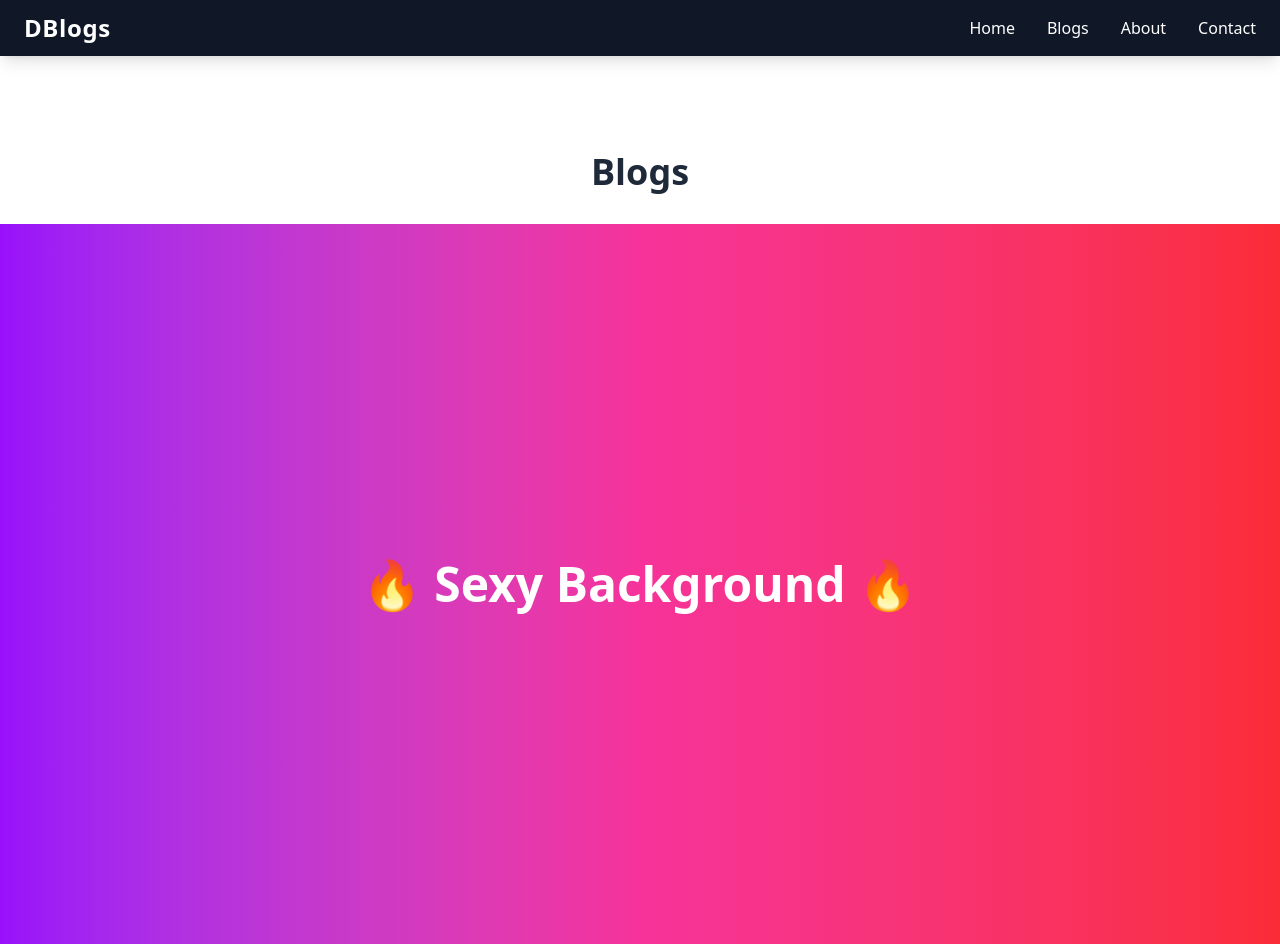
Repository: Devanshk9/DBlogs
Page: /blogs (app in client/)
These files come from the project's save history. The page is drawn as it stood at one moment and after the next save; the edit follows.
The browser window is 1280 px wide. The pictures show the whole page.
The page's requests for data from a server got no answer. The project was rebuilt for these pictures with package versions that can differ from the ones it lists, and the page was loaded fresh each time. No one was signed in, and anything a server would have sent is missing. Also part of the build but not shown: client/vite.config.js, client/src/pages/Home.jsx, client/src/pages/BlogPage.jsx, client/src/pages/WriterPage.jsx, client/src/pages/About.jsx, client/src/pages/Contact.jsx, client/src/pages/SignUp.jsx, client/src/pages/VerifyOtp.jsx and 1 more.

Above is the page before, as saved 2025-09-01 22:07:21.

### client/src/App.jsx
import React from "react";
import {
  createBrowserRouter,
  createRoutesFromElements,
  Route,
  RouterProvider,
} from "react-router-dom";
import Blogs from "./pages/Blogs";
// import Writers from "./pages/Writers";
import Home from "./pages/Home"; // ✅ your Home page
import Layout from "./layout/Layout";
import BlogPage from "./pages/BlogPage";
import WriterPage from "./pages/WriterPage";
import About from "./pages/About";
import Contact from "./pages/Contact";
import Login from "./pages/SignUp";
import VerifyOtp from "./pages/VerifyOtp";
import Signup from "./pages/Login";

const router = createBrowserRouter(
  createRoutesFromElements(
    <Route element={<Layout />}>
      <Route path="/" element={<Home />} />
      <Route path="blogs" element={<Blogs />} />
      {/* <Route path="writers" element={<Writers />} /> */}
      <Route path="contact" element={<Contact />} />
      <Route path="about" element={<About />} />
      <Route path="login" element={<Login />} />
      <Route path="signup" element={<Signup />} />
      <Route path="verify" element={<VerifyOtp />} />
      <Route path="blogs/:id" element={<BlogPage />} />
      <Route path="writers/:id" element={<WriterPage />} />
    </Route>
  )
);

const App = () => {
  return (
    <React.StrictMode>
      <RouterProvider router={router} />
    </React.StrictMode>
  );
};

export default App;

### client/src/pages/Blogs.jsx
import { useEffect, useState } from "react";
import { Link } from "react-router-dom";
import { FiExternalLink } from "react-icons/fi";
import { LiaExternalLinkAltSolid } from "react-icons/lia";

// import Navbar from "../components/Navbar";

function Blogs() {
  const [blogs, setBlogs] = useState([]);

  useEffect(() => {
    fetch("http://localhost:5001/api/blogs") // backend
      .then((res) => res.json())
      .then((data) => setBlogs(data))
      .catch((err) => console.error(err));
  }, []);

  return (
    <>
      {/* <Navbar /> */}
      <div className="flex flex-col items-center px-6">
        <h1 className="text-4xl font-bold mt-24 mb-8 text-gray-800">Blogs</h1>

        <div className="grid grid-cols-1 md:grid-cols-2 lg:grid-cols-3 gap-8 w-full max-w-6xl">
          {blogs.map((b) => (
            <div
              key={b.blog_id}
              className="bg-white rounded-2xl shadow-lg p-6 hover:shadow-2xl transition-shadow duration-300 border border-gray-200"
            >
              <div className="flex flex-row items-center justify-between w-full">
  <h2 className="text-2xl font-semibold text-gray-900 mb-3">
    {b.title}
  </h2>
  <Link
    to={`/blogs/${b.blog_id}`}
    className="hover:underline text-gray-600 hover:text-gray-900"
  >
    <FiExternalLink />
  </Link>
</div>

              <p className="text-gray-600 mb-4 leading-relaxed line-clamp-3">
                {b.content}
              </p>
              <div className="flex items-center justify-between text-sm text-gray-500">
                <Link
                    to={`/writers/${b.user_id}`}
                    className="hover:underline text-gray-600 hover:text-gray-900"
                  > <span>By {b.username}</span></Link >
                <span className="italic">
                  {new Date().toLocaleDateString()}
                </span>
              </div>
            </div>
          ))}
        </div>
      </div>
    </>
  );
}

export default Blogs;

### client/src/layout/Layout.jsx
import Navbar from "../components/Navbar";
import { Outlet } from "react-router-dom";

function Layout() {
  return (
    <>
      <Navbar />
      <Outlet />
      <div className="min-h-screen bg-gradient-to-r from-purple-600 via-pink-500 to-red-500 flex items-center justify-center">
  <h1 className="text-5xl text-white font-bold">🔥 Sexy Background 🔥</h1>
</div>
    </>
  );
}

export default Layout;

### client/src/components/Navbar.jsx
import React, { useState } from "react";
import { Link } from "react-router-dom";
import { Menu, X } from "lucide-react"; // icons

const Navbar = () => {
  const [isOpen, setIsOpen] = useState(false);

  return (
    <nav className="bg-gray-900 text-white shadow-lg">
      <div className="container mx-auto px-6 py-3 flex justify-between items-center">
        {/* Logo */}
        <h1 className="text-2xl font-bold tracking-wide cursor-pointer">
          DBlogs
        </h1>

        {/* Desktop Menu */}
        <ul className="hidden md:flex space-x-8 font-medium">
          <li>
            <Link
              to="/"
              className="hover:text-yellow-400 transition-colors duration-200"
            >
              Home
            </Link>
          </li>
          <li>
            <Link
              to="/blogs"
              className="hover:text-yellow-400 transition-colors duration-200"
            >
              Blogs
            </Link>
          </li>
          {/* <li>
            <Link
              to="/writers"
              className="hover:text-yellow-400 transition-colors duration-200"
            >
              Writers
            </Link>
          </li> */}
          <li>
            <Link
              to="/about"
              className="hover:text-yellow-400 transition-colors duration-200"
            >
              About
            </Link>
          </li>
          <li>
            <Link
              to="/contact"
              className="hover:text-yellow-400 transition-colors duration-200"
            >
              Contact
            </Link>
          </li>
        </ul>

        {/* Mobile Menu Button */}
        <button
          onClick={() => setIsOpen(!isOpen)}
          className="md:hidden focus:outline-none"
        >
          {isOpen ? <X size={28} /> : <Menu size={28} />}
        </button>
      </div>

      {/* Mobile Dropdown */}
      {isOpen && (
        <div className="md:hidden bg-gray-800">
          <ul className="flex flex-col items-center space-y-4 py-4 font-medium">
            <li>
              <Link
                to="/"
                className="hover:text-yellow-400 transition-colors duration-200"
                onClick={() => setIsOpen(false)}
              >
                Home
              </Link>
            </li>
            <li>
              <Link
                to="/blogs"
                className="hover:text-yellow-400 transition-colors duration-200"
                onClick={() => setIsOpen(false)}
              >
                Blogs
              </Link>
            </li>
            <li>
              <Link
                to="/writers"
                className="hover:text-yellow-400 transition-colors duration-200"
                onClick={() => setIsOpen(false)}
              >
                Writers
              </Link>
            </li>
            <li>
              <Link
                to="/about"
                className="hover:text-yellow-400 transition-colors duration-200"
                onClick={() => setIsOpen(false)}
              >
                About
              </Link>
            </li>
            <li>
              <Link
                to="/contact"
                className="hover:text-yellow-400 transition-colors duration-200"
                onClick={() => setIsOpen(false)}
              >
                Contact
              </Link>
            </li>
          </ul>
        </div>
      )}
    </nav>
  );
};

export default Navbar;

Loaded but not shown: client/index.html (common file); client/src/main.jsx (common file); client/src/index.css (common file)

After the next save:
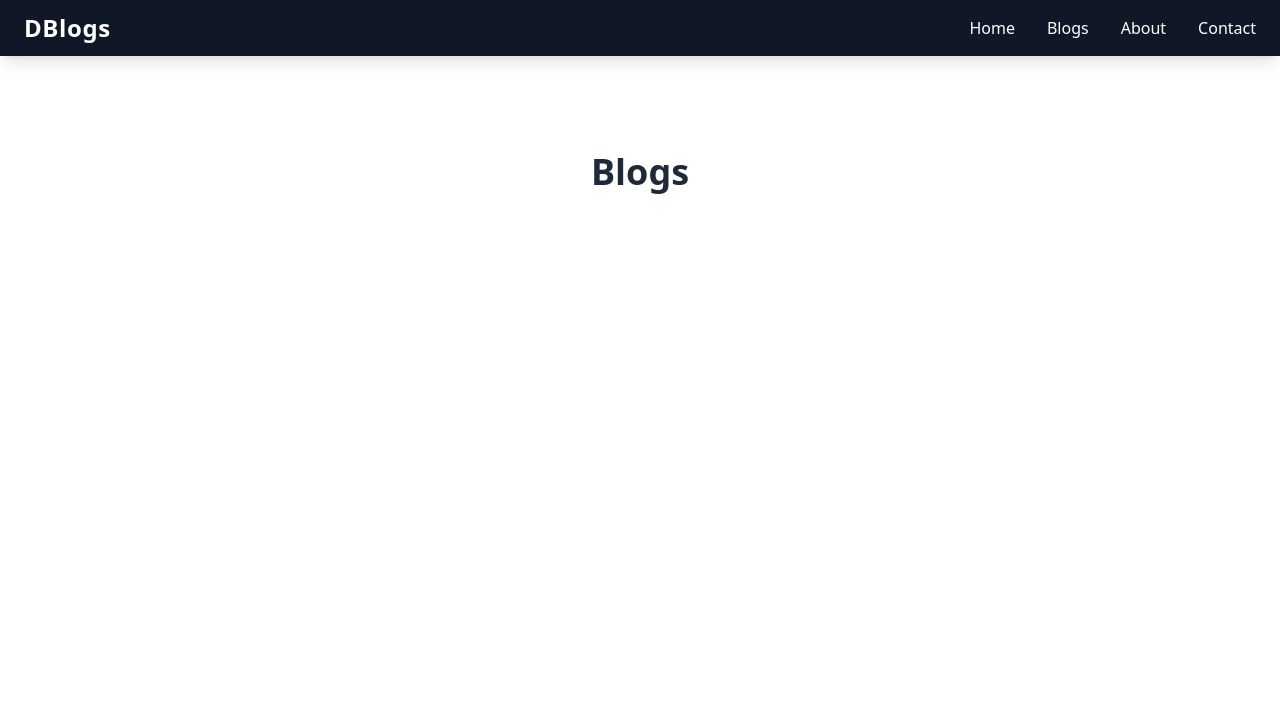
Saved 13 s later.
--- a/client/src/layout/Layout.jsx
+++ b/client/src/layout/Layout.jsx
@@ -6,9 +6,7 @@
     <>
       <Navbar />
       <Outlet />
-      <div className="min-h-screen bg-gradient-to-r from-purple-600 via-pink-500 to-red-500 flex items-center justify-center">
-  <h1 className="text-5xl text-white font-bold">🔥 Sexy Background 🔥</h1>
-</div>
+
     </>
   );
 }
